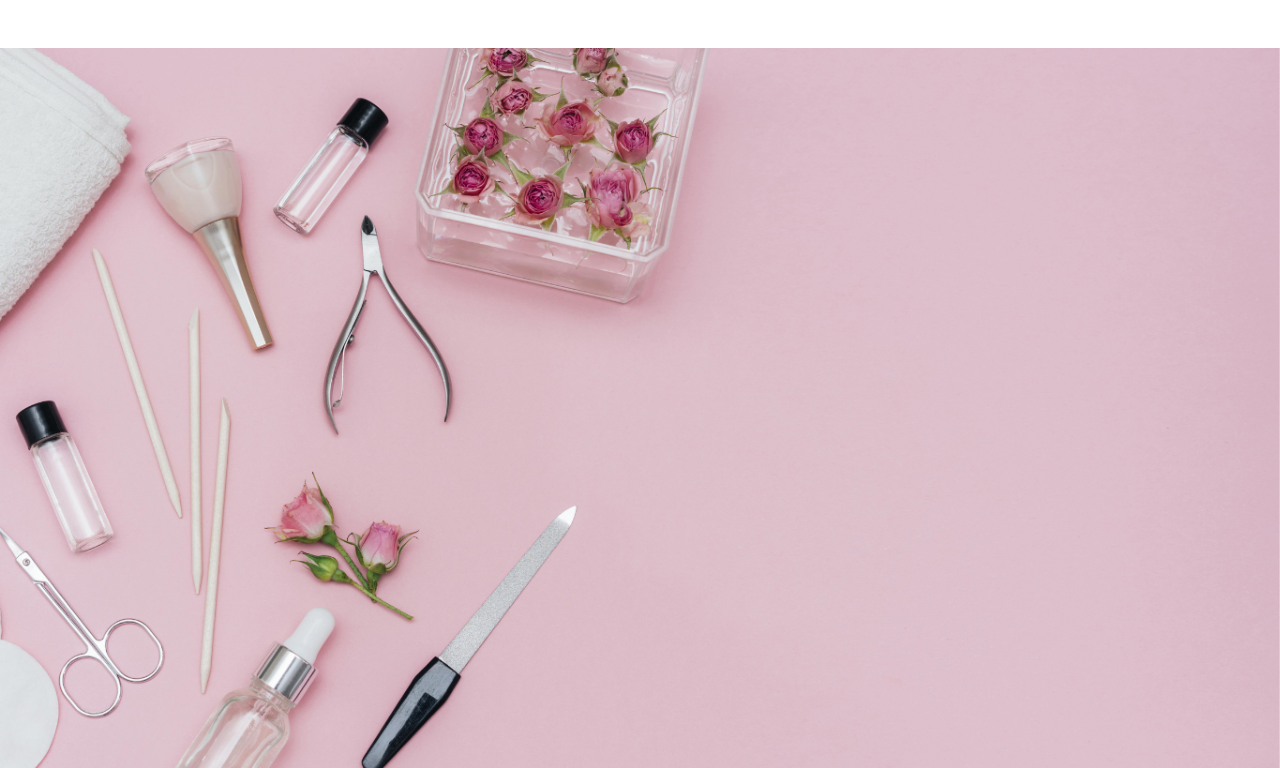
Repository: wesiudev/Manikuracja
Page: /
The author's editor kept a copy of each file at every save. The page is drawn from the files as they stood at one save, then again after a run of saves.
The browser window is 1280 px wide. The pictures show the whole page.
The project was rebuilt for these pictures with package versions that can differ from the ones it lists, and the page was loaded fresh each time. The framework's server and built-in components were replaced by stand-ins that run in the browser. Also part of the build but not shown: next.config.ts.

Above is the page before, as saved 2025-02-28 18:32:31.

After the next 2 saves:
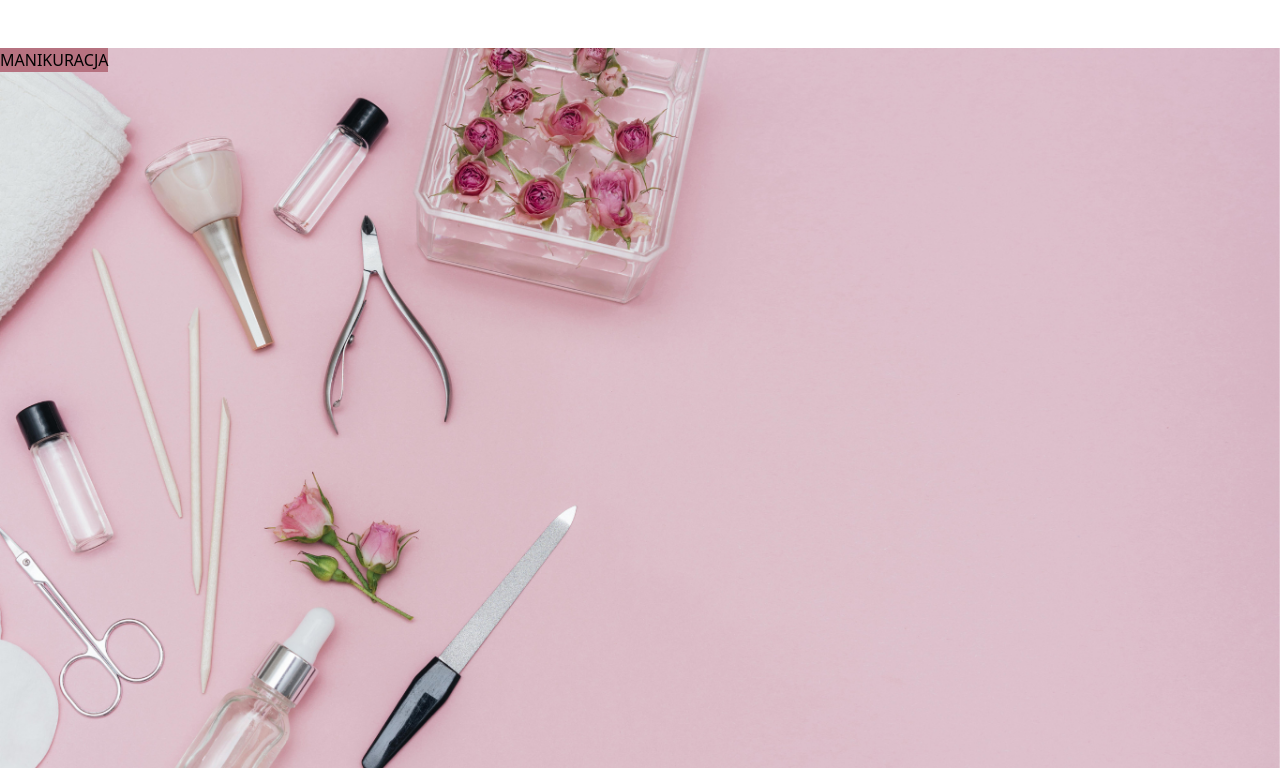
The 2 saves are shown as one change because they came seconds apart.
The last was saved 11 s later.
--- a/app/page.tsx
+++ b/app/page.tsx
@@ -5,7 +5,9 @@
     <div>
       <div className="h-screen w-full bg-background bg-cover">
         <div className="w-max max-w-[90%] h-max my-12 bg-[#B67280]">
-          <h1></h1>
+          <h1>
+            <span>MANIKURACJA</span>
+          </h1>
         </div>
       </div>
       {/* <SearchBar slugCity="" /> */}
